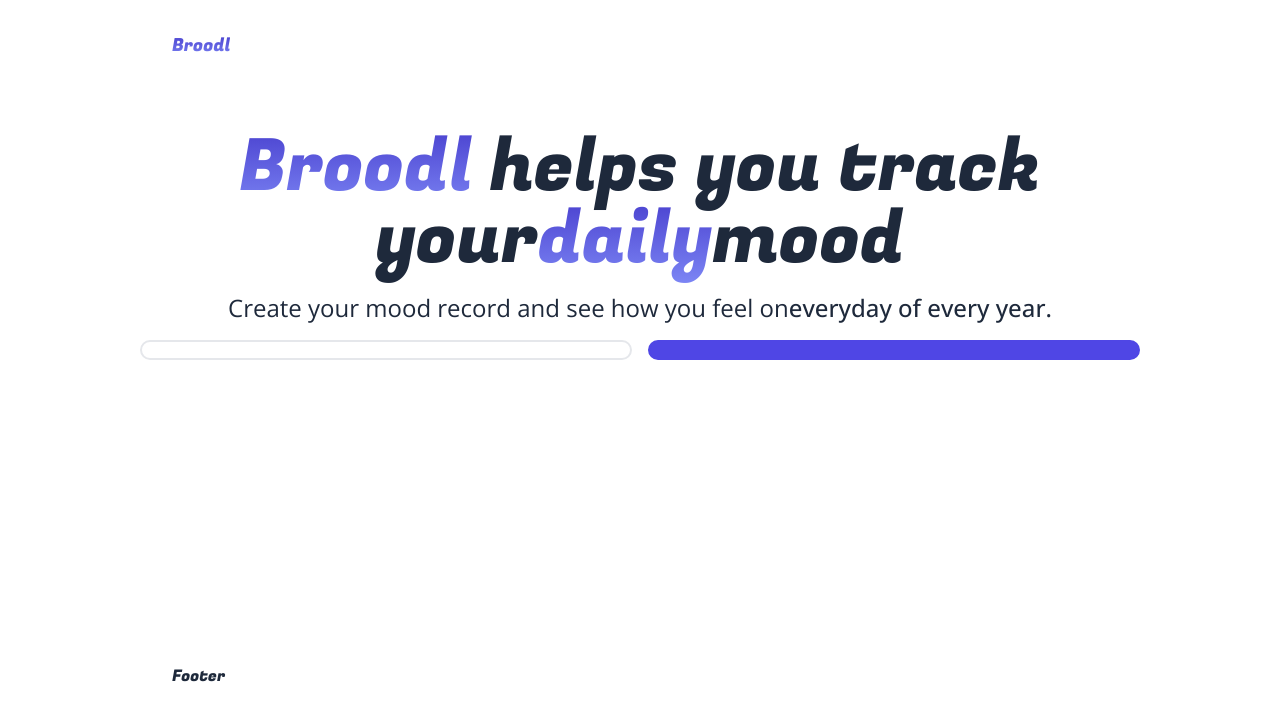
Repository: Nathan-spec/mood-app-next
Page: /
The author's editor kept a copy of each file at every save. The page is drawn from the files as they stood at one save, then again after the next save.
The browser window is 1280 px wide. The pictures show the whole page.
The project was rebuilt for these pictures with package versions that can differ from the ones it lists, and the page was loaded fresh each time. The framework's server and built-in components were replaced by stand-ins that run in the browser. Also part of the build but not shown: next.config.mjs.

Above is the page before, as saved 2024-10-14 10:53:09.

After the next save:
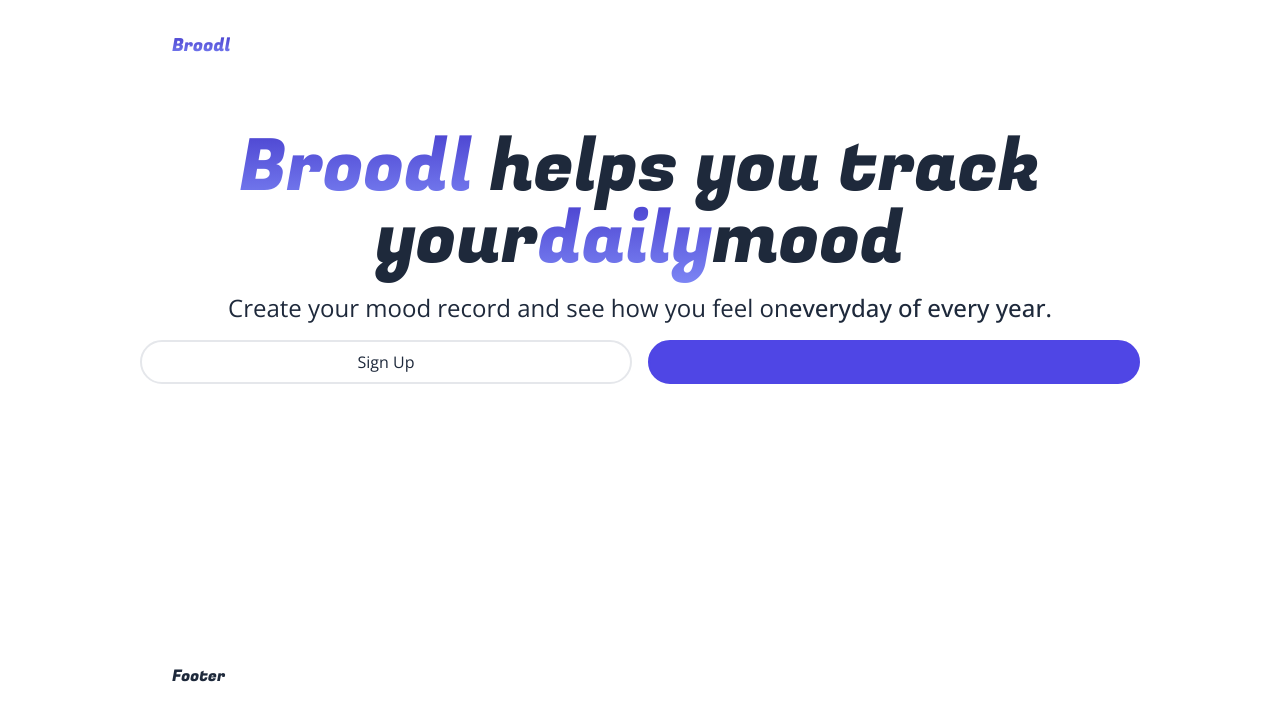
Saved 14 s later.
--- a/components/Hero.js
+++ b/components/Hero.js
@@ -15,7 +15,7 @@ export default function Hero() {
             <p className='text-lg sm:text-xl md:text-2xl text-center'>Create your mood record and see how you feel on
                 <span className='font-medium'>everyday of every year.</span></p>
     <div className='grid grid-cols-2 gap-4'>
-      <Button text=""/>
+      <Button text="Sign Up"/>
       <Button text="" dark/>
     </div>
     </div>
